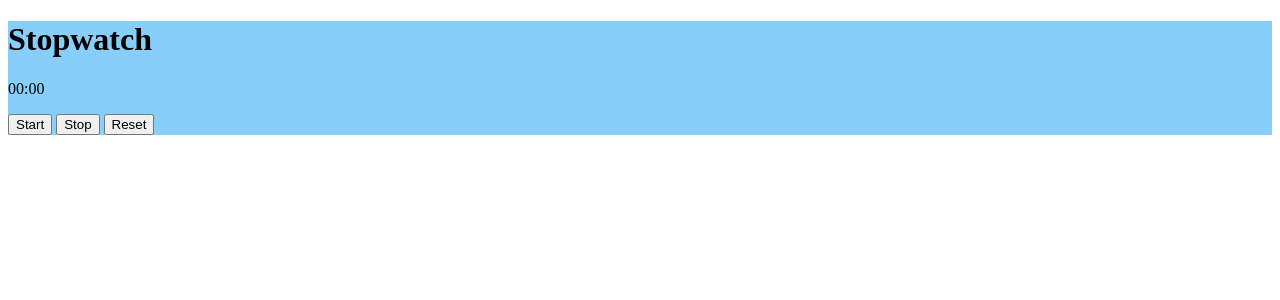
Repository: LeyaAbraham/web-dev
Page: clock.html
An editor plug-in stored every save of this project. The page is shown before and after the next save, followed by the edit.
The browser window is 1280 px wide. The pictures show the whole page.

Above is the page before, as saved 2021-01-05 21:52:43.

### clock.html
<!DOCTYPE html>
<html>

<head>
    <title>Page Title</title>
    <link rel="stylesheet" href="style.css" type="text/css">
</head>

<body>

    <div id="wrap">
        <h1>Stopwatch</h1>
        <p><span id="seconds">00</span>:<span id="tens">00</span></p>
        <button id="start">Start</button>
        <button id="stop">Stop</button>
        <button id="button-reset">Reset</button>
    </div>
</body>

</html>

### style.css
#wrap {
    background-color: lightskyblue;
    border-color: lightyellow;
}

After the next save:
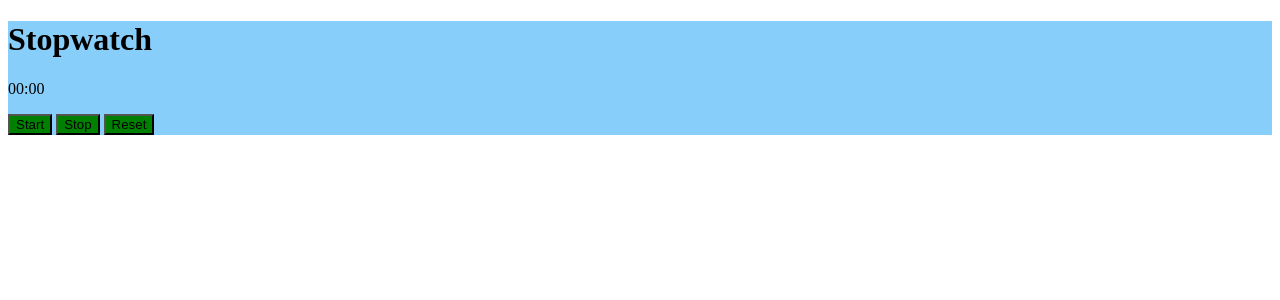
Saved 21 s later.
--- a/style.css
+++ b/style.css
@@ -2,3 +2,6 @@
     background-color: lightskyblue;
     border-color: lightyellow;
 }
+button {
+    background-color: green;
+}

After the save that followed:
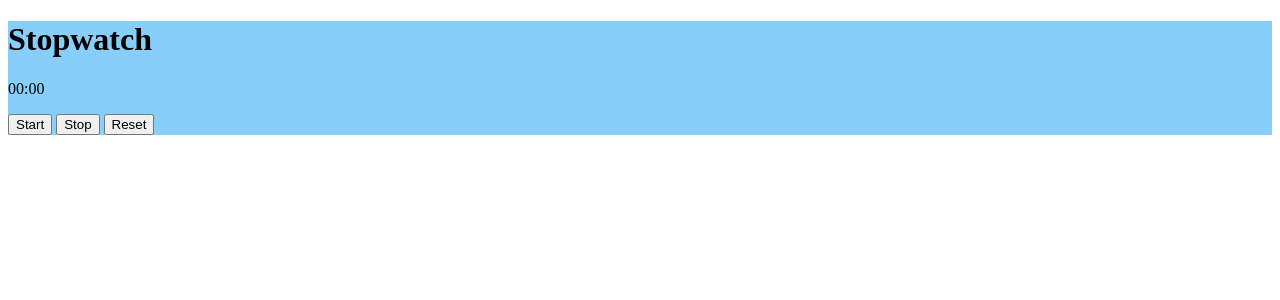
Saved 12 s later.
--- a/style.css
+++ b/style.css
@@ -2,6 +2,3 @@
     background-color: lightskyblue;
     border-color: lightyellow;
 }
-button {
-    background-color: green;
-}
